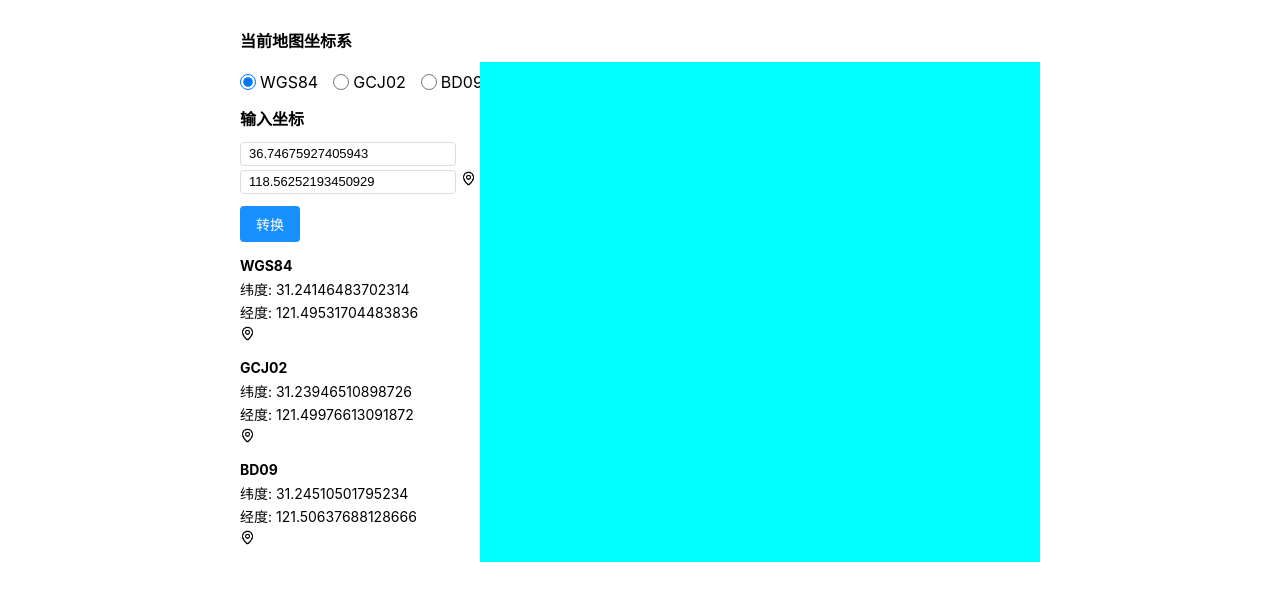
Repository: 1242128273wangpeng/MapTransformTools
Page: popup.html
These files come from the project's save history. The page is drawn as it stood at one moment and after the next save; the edit follows.
The browser window is 1280 px wide. The pictures show the whole page.

Above is the page before, as saved 2025-01-23 22:39:22.

After the next save:
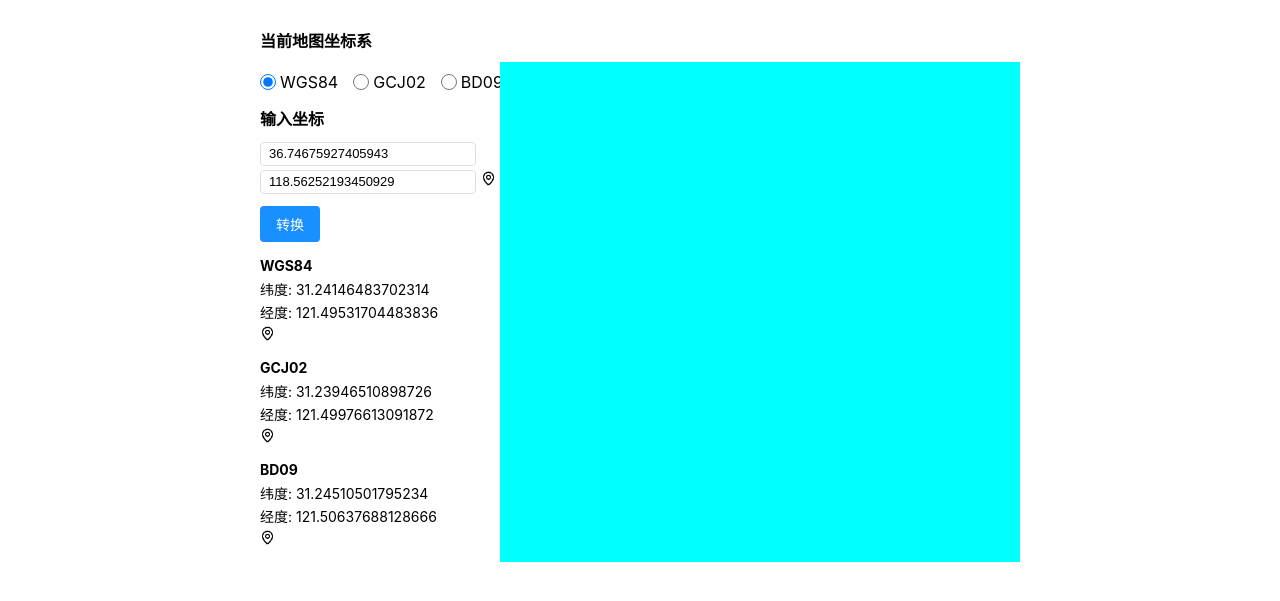
Saved 14 s later.
--- a/popup.html
+++ b/popup.html
@@ -9,7 +9,7 @@
 				font-family: -apple-system, BlinkMacSystemFont, 'Segoe UI', Roboto,
 					Oxygen, Ubuntu, Cantarell, sans-serif;
 				padding: 15px;
-				width: 800px;
+				width: 760px;
 				margin: 0 auto;
 			}
 
